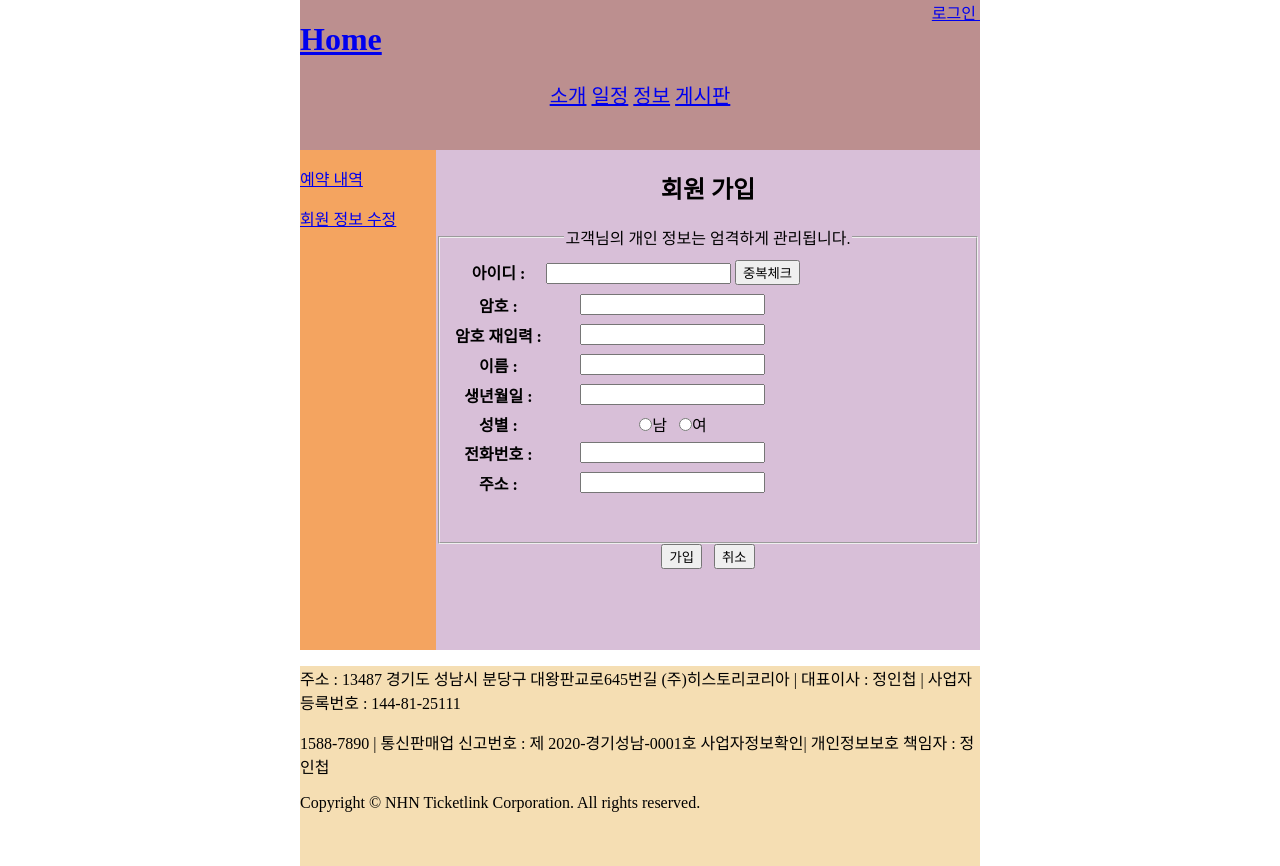
Repository: dlscjq34/JSP_historyTour
Page: http://localhost/HistoryTour/WEB-INF/views/member/joinMember.jsp
These files come from the project's save history. The page is drawn as it stood at one moment and after the next save; the edit follows.
The browser window is 1280 px wide. The pictures show the whole page.
The page is served by Tomcat 9. Nobody is signed in. Other server files are loaded and not shown. The template is opened directly, without the code that normally fills it, so the values that code supplies are empty.

Above is the page before, as saved 2020-12-21 02:35:41.

### HistoryTour/WebContent/WEB-INF/views/member/joinMember.jsp
<%@ page language="java" contentType="text/html; charset=UTF-8"
    pageEncoding="UTF-8"%>
<!DOCTYPE html>
<html lang="en">
<head>
    <jsp:include page="/WEB-INF/views/include/head.jsp" />
    <link rel="stylesheet" href="css/editMember.css">
</head>
<body>
    <!-- <header> -->
    <jsp:include page="/WEB-INF/views/include/header.jsp" />


    <!-- center = <aside> + <article> -->
    <div class="center">
        <aside>
            <p><a href="ticket.do">예약 내역</a></p>
            <p><a href="editMember.do">회원 정보 수정</a></p>
        </aside>

        <article>
            <h1>회원 가입</h1>
                <form action="joinMemberPro.do" method="post" name="frm" onsubmit="return lenCheck()">

                    <fieldset>
                        <legend>고객님의 개인 정보는 엄격하게 관리됩니다.</legend>
                        <table>
                		<tr>
                			<th>아이디 :
                			<td><input type="text" name="id" id="id" />
                				<input type="button" onclick="dupCheck()" value="중복체크">
                		</tr>
                		<tr>
                			<th>암호 :
                			<td><input type="password" name="pswd1" id="pswd1" required/>
                		</tr>
                		<tr>
                			<th>암호 재입력 :
                			<td><input type="password" name="pswd2" id="pswd2" required onkeyup="pwCheck()"/>
                				<span class="pwStatus"></span>
                		</tr>
                		<tr>
                			<th>이름 :
                			<td><input type="text" name="name" id="name" required/>
                		</tr>
                		<tr>
                			<th>생년월일 :
                			<td><input type="text" name="birth" id="birth" required/>
                		</tr>
                		<tr>
                			<th>성별 :
                			<td><input type="radio" name="gender" id="man" value="1" required />남 &nbsp;
                				<input type="radio" name="gender" id="woman" value="2" required />여
                		</tr>
                		<tr>
                			<th>전화번호 :
                			<td><input type="text" name="tel" id="tel" required>
                		</tr>
                		<tr>
                			<th>주소 :
                			<td><input type="text" name="address" id="address" required>
                		</tr>
                	</table>
                    </fieldset>
                    <input type="submit" name="enroll" class="enroll" value="가입"> &nbsp;
                    <input type="reset" value="취소">
                </form>
        </article>
    </div>


    <!-- <footer> -->
    <jsp:include page="/WEB-INF/views/include/footer.jsp" />

</body>

<script>
	function dupCheck() {
		let id = document.frm.id.value;
		if(id == '') {
			alert("아이디를 입력하세요");
			document.frm.id.focus();
			return;
		}
		window.open('joinCheck.do?id='+id, 'joinCheck', 'width=600, height=300');
	}

	function lenCheck() {
		let id = document.frm.id.value.trim();

		if(!(id.length >= 3 && id.length <=12)) {
			alert("아이디는 3에서 12글자만 입력 가능합니다.");
			document.frm.id.select();
			return false;
		}
	}

	function pwCheck() {
		pw1 = document.frm.pswd1.value;
		alert(pw1);
	}
</script>

</html>

### HistoryTour/WebContent/WEB-INF/views/include/head.jsp
<%@ page language="java" contentType="text/html; charset=UTF-8"
    pageEncoding="UTF-8"%>
<meta charset="UTF-8">
<meta name="viewport" content="width=device-width, initial-scale=1.0">
<title>Document</title>
<link rel="stylesheet" href="css/common.css">

### HistoryTour/WebContent/WEB-INF/views/include/header.jsp
<%@ page language="java" contentType="text/html; charset=UTF-8"
    pageEncoding="UTF-8"%>
<%@ taglib prefix="c" uri="http://java.sun.com/jsp/jstl/core" %>
<%
	//쿠키에 아이디가 있으면 세션으로 빼온다.
	Cookie[] cookies = request.getCookies();

	if (cookies != null) {
		for(Cookie cookie : cookies) {
			if(cookie.getName().equals("id")) {
				String id = cookie.getValue();
				session.setAttribute("id", id);
			}
		}
	}

	String id = (String)session.getAttribute("id");
%>

<header>
    <div class="home-line">
        <h1><a href="index.do">Home</a></h1>
        <!-- 세션으로 빼온 아이디가 있으면 -->
<%
			if (id != null) {
%>
        		${ id } 님 반갑습니다.&nbsp;
        		<a href="myPage.do">마이페이지</a>&nbsp;
        		<a href="logoutPro.do">로그아웃</a>
<%
			} else {
%>
        	<!-- 세션으로 빼온 아이디가 없으면 -->
        		 <a href="login.do">로그인&nbsp;</a>
<%
			}
%>

    </div>
    <div class="menu">
        <a href="intro.do">소개</a>
        <a href="schedule.do">일정</a>
        <a href="information.do">정보</a>
        <a href="board.do">게시판</a>
    </div>
</header>

### HistoryTour/WebContent/WEB-INF/views/include/footer.jsp
<%@ page language="java" contentType="text/html; charset=UTF-8"
    pageEncoding="UTF-8"%>
<footer>
    <p>주소 : 13487 경기도 성남시 분당구 대왕판교로645번길 (주)히스토리코리아 | 대표이사 : 정인첩 | 사업자등록번호 : 144-81-25111</p>
    <p>1588-7890 |  통신판매업 신고번호 : 제 2020-경기성남-0001호 사업자정보확인| 개인정보보호 책임자 : 정인첩</p>
    <p>Copyright © NHN Ticketlink Corporation. All rights reserved.</p>
</footer>

### HistoryTour/WebContent/css/common.css
body {
  grid-template-columns: 1fr 1fr;
  box-sizing: border-box;
  margin: 0 300px;
}

/* header ----------------------------------------------- */

header {
  background: rosybrown;
  height: 150px;
}
header .home-line {
  display: flex;
}
header .home-line h1 {
  flex: 1;
}
header .menu {
  text-align: center;
  font-size: 20px;
}

/* <aside> <article> ----------------------------------------------- */

.center {
  display: flex;
  height: 500px;
  background: turquoise;
}
.center aside {
  background: sandybrown;
  flex: 2;
}
.center article {
  background: thistle;
  flex: 8;
  text-align: center;
}


/* footer ----------------------------------------------- */

footer {
  background: wheat;
  height: 200px;
}

### HistoryTour/WebContent/css/editMember.css
/* .center article form {
  background: red;
} */
.center article form fieldset {
  height: 300px;
}
.center article form fieldset input{
  margin: 1% 0;
}
.center article form .edit {
  position: relative;
  margin-top: 5%;
  left: 40%;
  width: 100px;
  font-size: 20px;
}

After the next save:
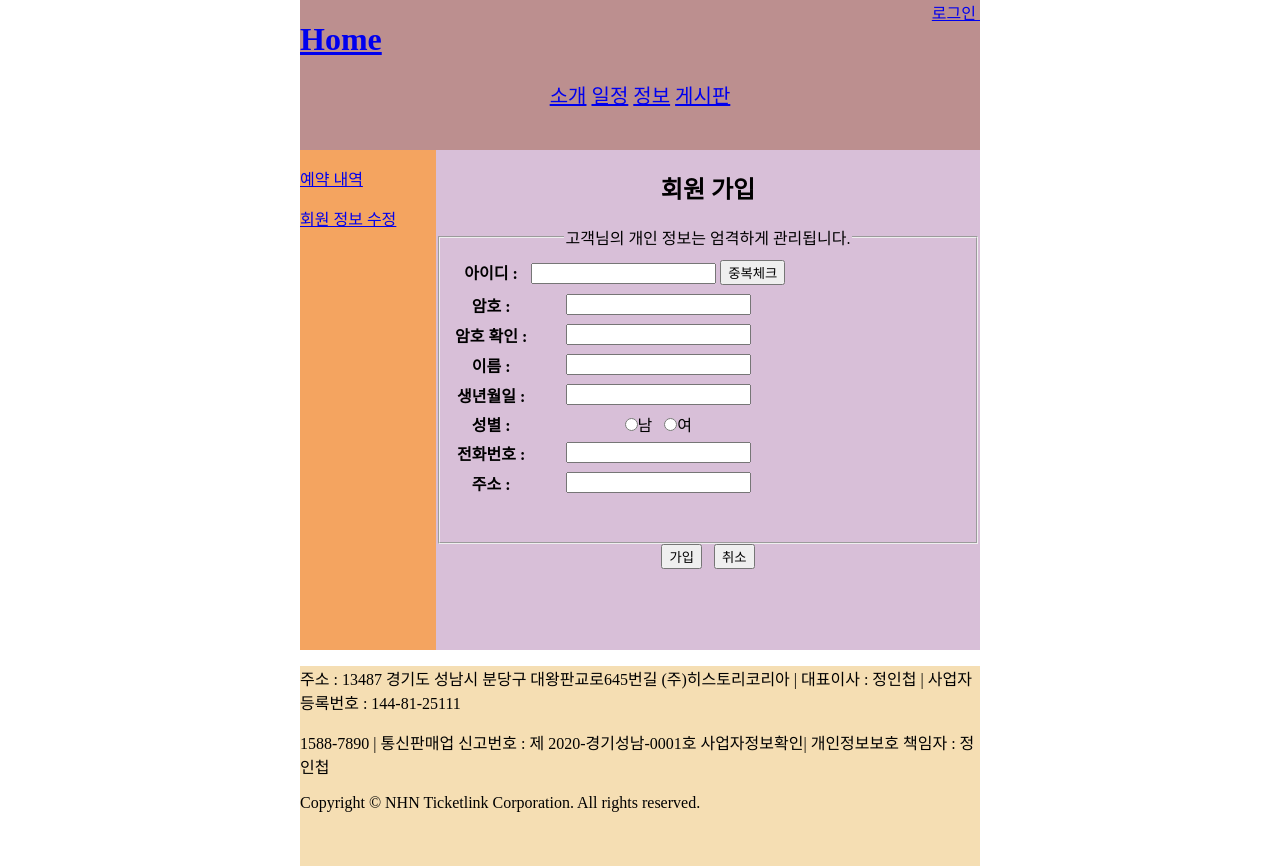
Saved 30 s later.
--- a/HistoryTour/WebContent/WEB-INF/views/member/joinMember.jsp
+++ b/HistoryTour/WebContent/WEB-INF/views/member/joinMember.jsp
@@ -35,7 +35,7 @@
                 			<td><input type="password" name="pswd1" id="pswd1" required/>
                 		</tr>
                 		<tr>
-                			<th>암호 재입력 :
+                			<th>암호 확인 :
                 			<td><input type="password" name="pswd2" id="pswd2" required onkeyup="pwCheck()"/>
                 				<span class="pwStatus"></span>
                 		</tr>
